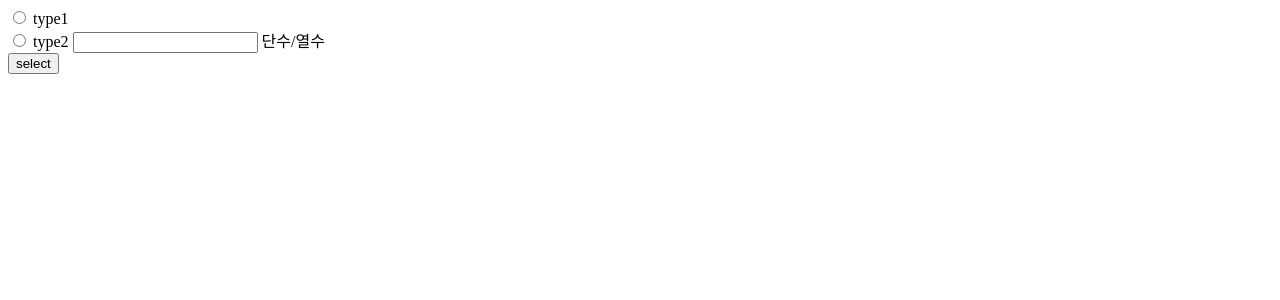
Repository: Charles0304/JSP
Page: http://localhost/MustHaveJSP/mission/gugudan3.jsp
The author's editor kept a copy of each file at every save. The page is drawn from the files as they stood at one save, then again after the next save.
The browser window is 1280 px wide. The pictures show the whole page.
The page is served by Tomcat 10. Nobody is signed in. The application's start-up code is not run. Other server files are loaded and not shown.

Above is the page before, as saved 2024-04-18 08:26:45.

### MustHaveJSP/src/main/webapp/mission/gugudan3.jsp
<%@ page language="java" contentType="text/html; charset=UTF-8"
    pageEncoding="UTF-8"%>
<!DOCTYPE html>
<html>
<head>
<meta charset="UTF-8">
<title>Insert title here</title>
</head>
<body>
	<form action="gugudan3process.jsp" method = "post">
		<input type = "radio" id = "type1" name = "type" value="type1"/>
		<label for ="type1">type1</label>
		<br/>
		<input type = "radio" id = "type2" name = "type" value="type2"/>
		<label for ="type2">type2</label>
		<input type="text" id = "num" name = "num"/>
		<label for ="num">단수/열수</label>
		<br/>
		<input type = "submit" value = "select"/>
	</form>
</body>
</html>

After the next save:
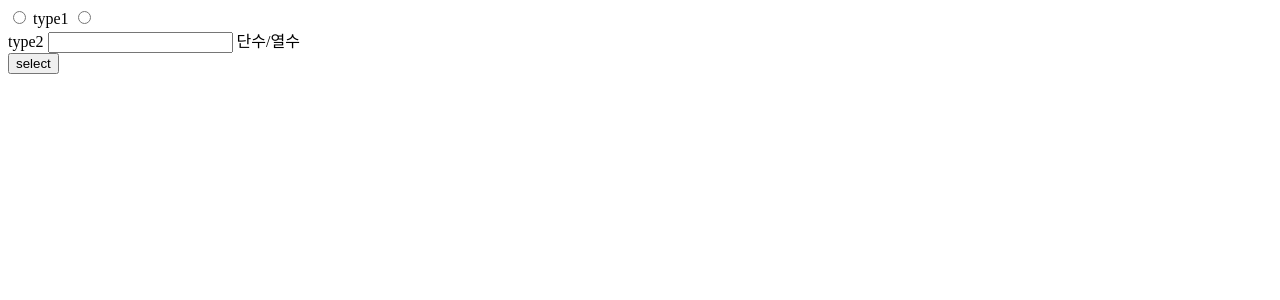
Saved 18 s later.
--- a/MustHaveJSP/src/main/webapp/mission/gugudan3.jsp
+++ b/MustHaveJSP/src/main/webapp/mission/gugudan3.jsp
@@ -1,5 +1,5 @@
 <%@ page language="java" contentType="text/html; charset=UTF-8"
-    pageEncoding="UTF-8"%>
+	pageEncoding="UTF-8"%>
 <!DOCTYPE html>
 <html>
 <head>
@@ -7,16 +7,12 @@
 <title>Insert title here</title>
 </head>
 <body>
-	<form action="gugudan3process.jsp" method = "post">
-		<input type = "radio" id = "type1" name = "type" value="type1"/>
-		<label for ="type1">type1</label>
-		<br/>
-		<input type = "radio" id = "type2" name = "type" value="type2"/>
-		<label for ="type2">type2</label>
-		<input type="text" id = "num" name = "num"/>
-		<label for ="num">단수/열수</label>
-		<br/>
-		<input type = "submit" value = "select"/>
+	<form action="gugudan3process.jsp" method="post">
+		<input type="radio" id="type1" name="type" value="type1" /> <label
+			for="type1">type1</label> <input type="radio" id="type2" name="type"
+			value="type2" /> <br /> <label for="type2">type2</label> <input
+			type="text" id="num" name="num" /> <label for="num">단수/열수</label> <br />
+		<input type="submit" value="select" />
 	</form>
 </body>
 </html>
